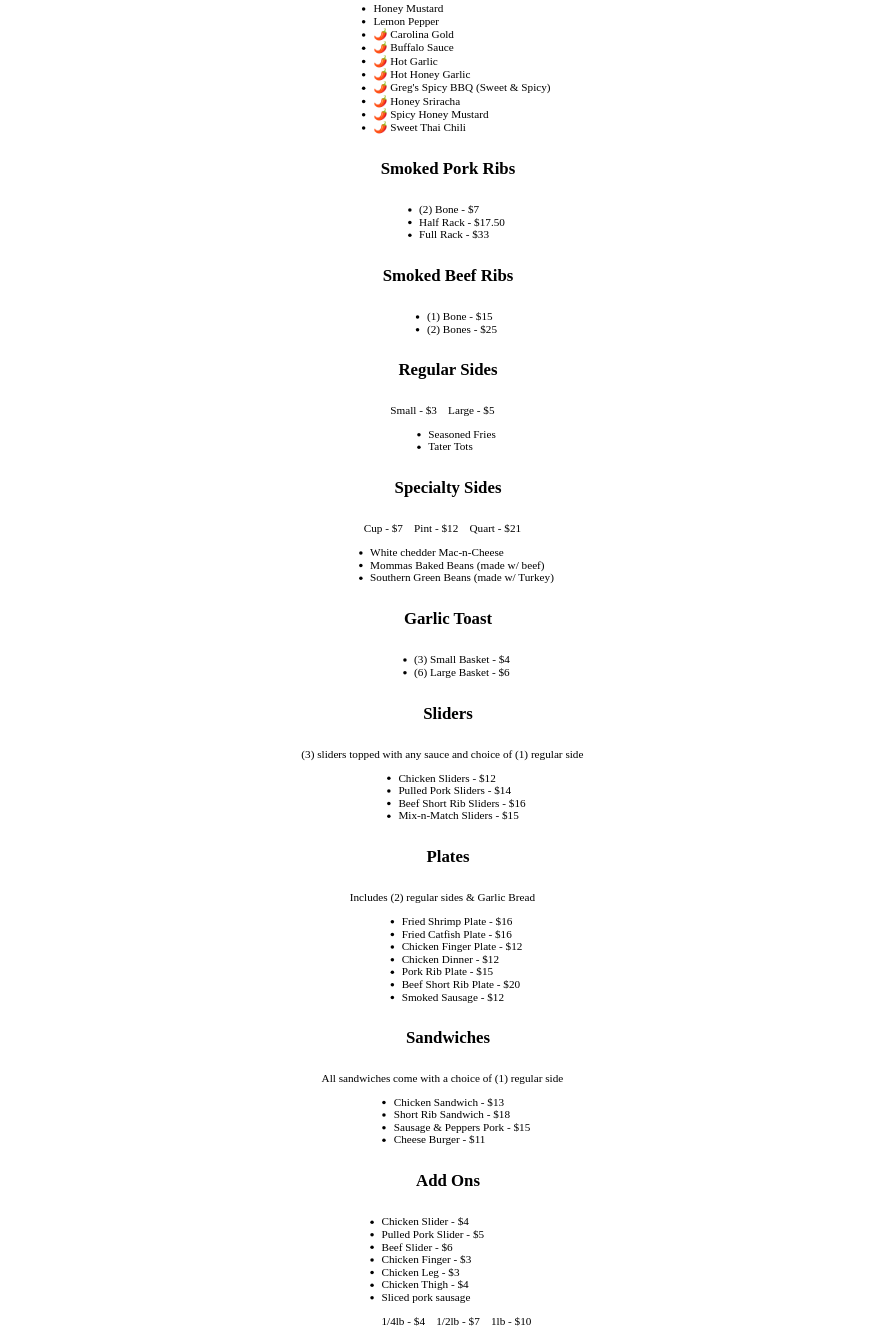
Repository: dukedward/smokehousemenu
Page: index.html
These files come from the project's save history. The page is drawn as it stood at one moment and after the next save; the edit follows.
The browser window is 1280 px wide. The pictures show the part of the page from y = 689 to 2609 px (the page is 2609 px tall before and 2575 px after), at 70% of full size.

Above is the page before, as saved 2023-02-28 14:01:02.

After the next save:
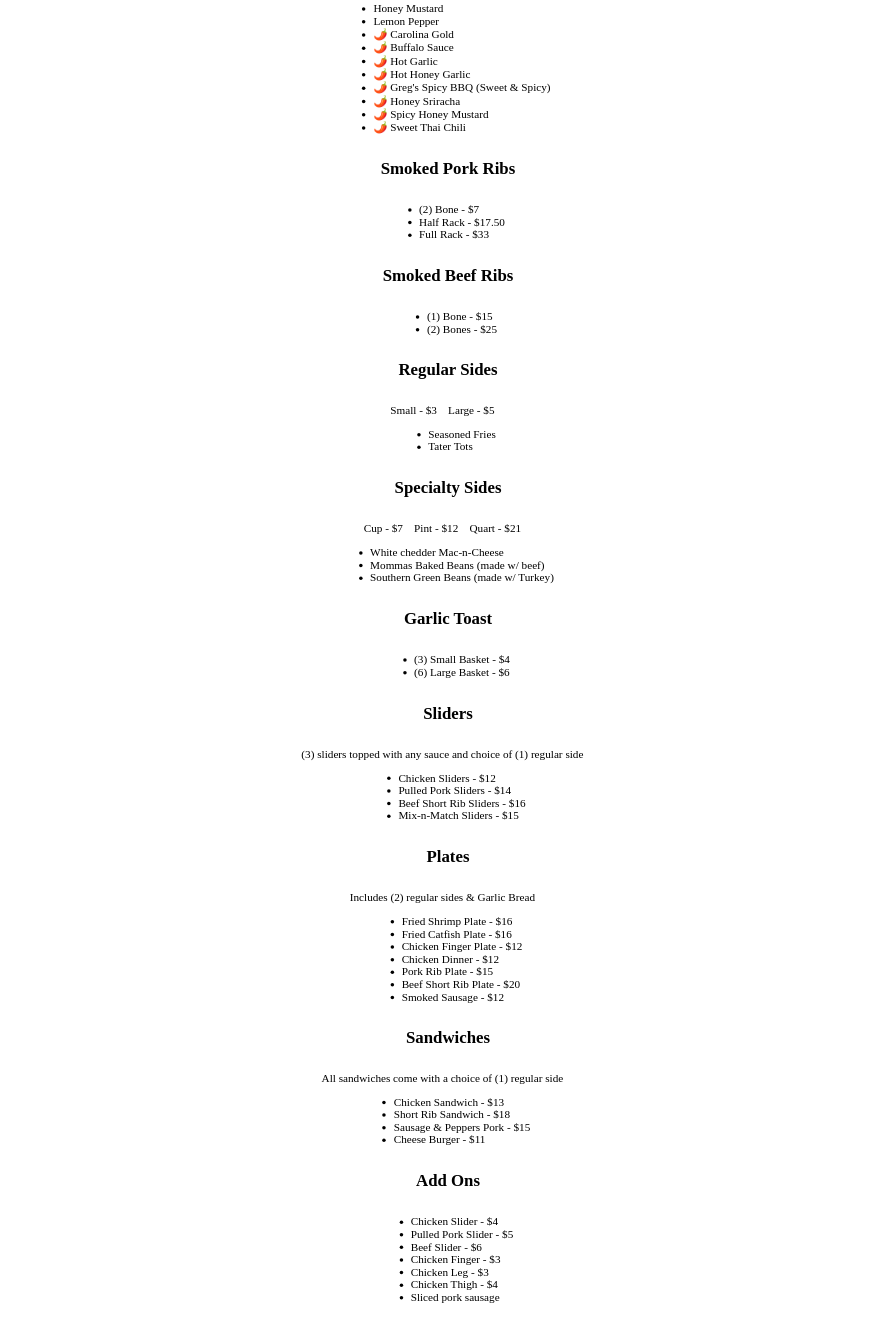
Saved 59 s later.
--- a/index.html
+++ b/index.html
@@ -147,15 +147,7 @@
                 <li>Chicken Finger - $3</li>
                 <li>Chicken Leg - $3</li>
                 <li>Chicken Thigh - $4</li>
-                <li>
-                    Sliced pork sausage
-                    <div class="desc">
-                        <p>1/4lb - $4</p>
-                        <p>1/2lb - $7</p>
-                        <p>1lb - $10</p>
-                    </div>
-                </li>
-
+                <li>Sliced pork sausage</li>
             </ul>
         </div>
     </div>
